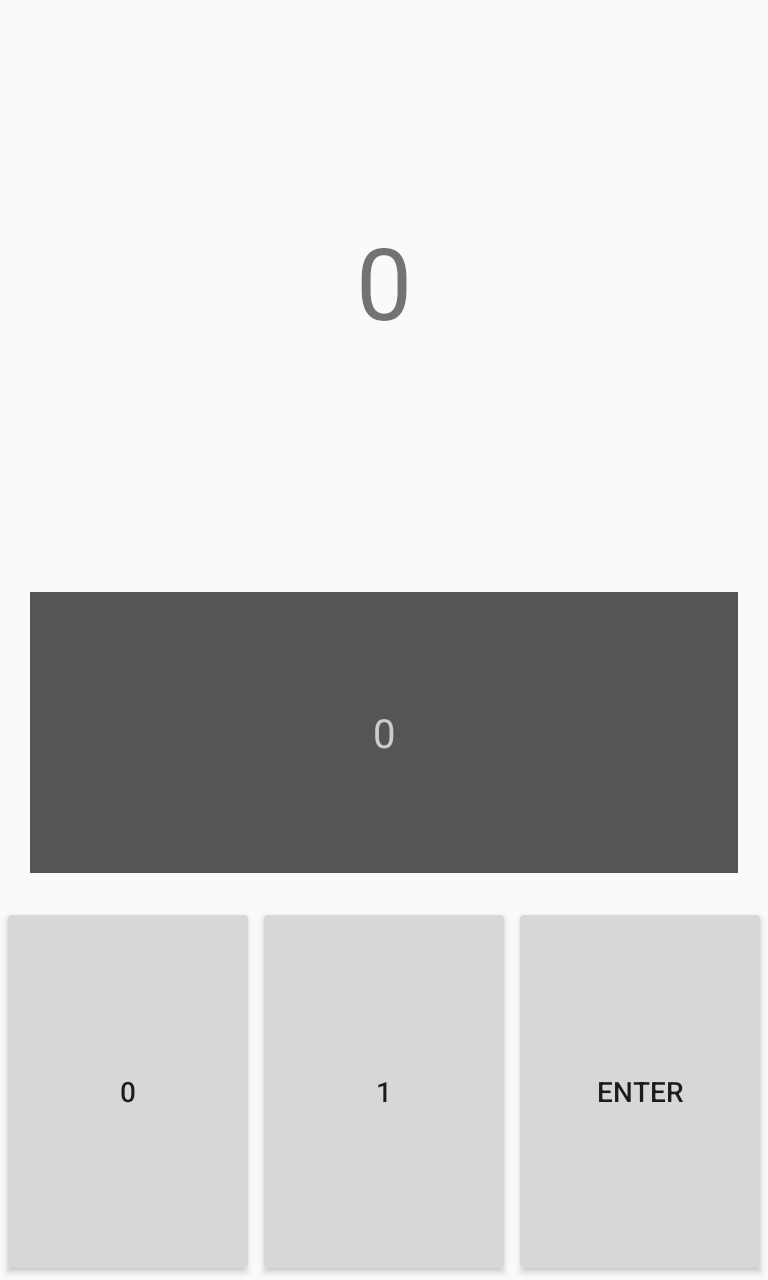
Repository: DaleJulian/Remote-Control
Layout: RemoteControl/res/layout/fragment_remote_control.xml
An editor plug-in stored every save of this project. The layout is shown before and after the next save, followed by the edit.
It is drawn on a 768 x 1280 px phone screen (xhdpi) without system bars, with theme AppTheme; the app's code is not run.

Above is the layout before, as saved 2015-06-02 07:21:27.

### RemoteControl/res/layout/fragment_remote_control.xml
<?xml version="1.0" encoding="utf-8"?>
<TableLayout xmlns:android="http://schemas.android.com/apk/res/android"
    android:id="@+id/fragment_remote_control_table_layout"
    android:layout_width="match_parent"
    android:layout_height="match_parent"
    android:stretchColumns="*" >

    <TextView
        android:id="@+id/fragment_remote_control_selectedTextView"
        android:layout_width="match_parent"
        android:layout_height="0dp"
        android:layout_weight="2"
        android:gravity="center"
        android:text="0"
        android:textSize="50dp" />

    <TextView
        android:id="@+id/fragment_remote_control_workingTextView"
		android:layout_width="match_parent"
		android:layout_height="0dp"
		android:layout_weight="1"
		android:layout_margin="15dp"
		android:background="#555555"
		android:gravity="center"
		android:text="0"
		android:textColor="#cccccc"
		android:textSize="20dp" />

    <TableRow android:layout_weight="1" >
		<Button
			android:id="@+id/fragment_remote_control_zeroButton"
			style="@style/RemoteButton"
			android:text="0" />
		<Button
			android:id="@+id/fragment_remote_control_oneButton"
			style="@style/RemoteButton"
			android:text="1" />
		<Button
			android:id="@+id/fragment_remote_control_enterButton"
			style="@style/RemoteButton"
			android:text="Enter" />
	</TableRow>
</TableLayout>

### RemoteControl/res/values/styles.xml
<resources>

    <!--
        Base application theme, dependent on API level. This theme is replaced
        by AppBaseTheme from res/values-vXX/styles.xml on newer devices.
    -->
    <style name="AppBaseTheme" parent="Theme.AppCompat.Light">
        <!--
            Theme customizations available in newer API levels can go in
            res/values-vXX/styles.xml, while customizations related to
            backward-compatibility can go here.
        -->
    </style>

    <!-- Application theme. -->
    <style name="AppTheme" parent="AppBaseTheme">
        <!-- All customizations that are NOT specific to a particular API-level can go here. -->
    </style>

    <style name="RemoteButton">
		<item name="android:layout_width">0dp</item>
		<item name="android:layout_height">match_parent</item>
	</style>


</resources>

### RemoteControl/res/layout/button_row.xml
<?xml version="1.0" encoding="utf-8"?>
	<TableRow xmlns:android="http://schemas.android.com/apk/res/android" >
	<Button style="@style/RemoteButton" />
	<Button style="@style/RemoteButton" />
	<Button style="@style/RemoteButton" />
</TableRow>

Loaded but not shown: RemoteControl/res/values-v11/styles.xml (common file); RemoteControl/res/values-v14/styles.xml (common file)

After the next save:
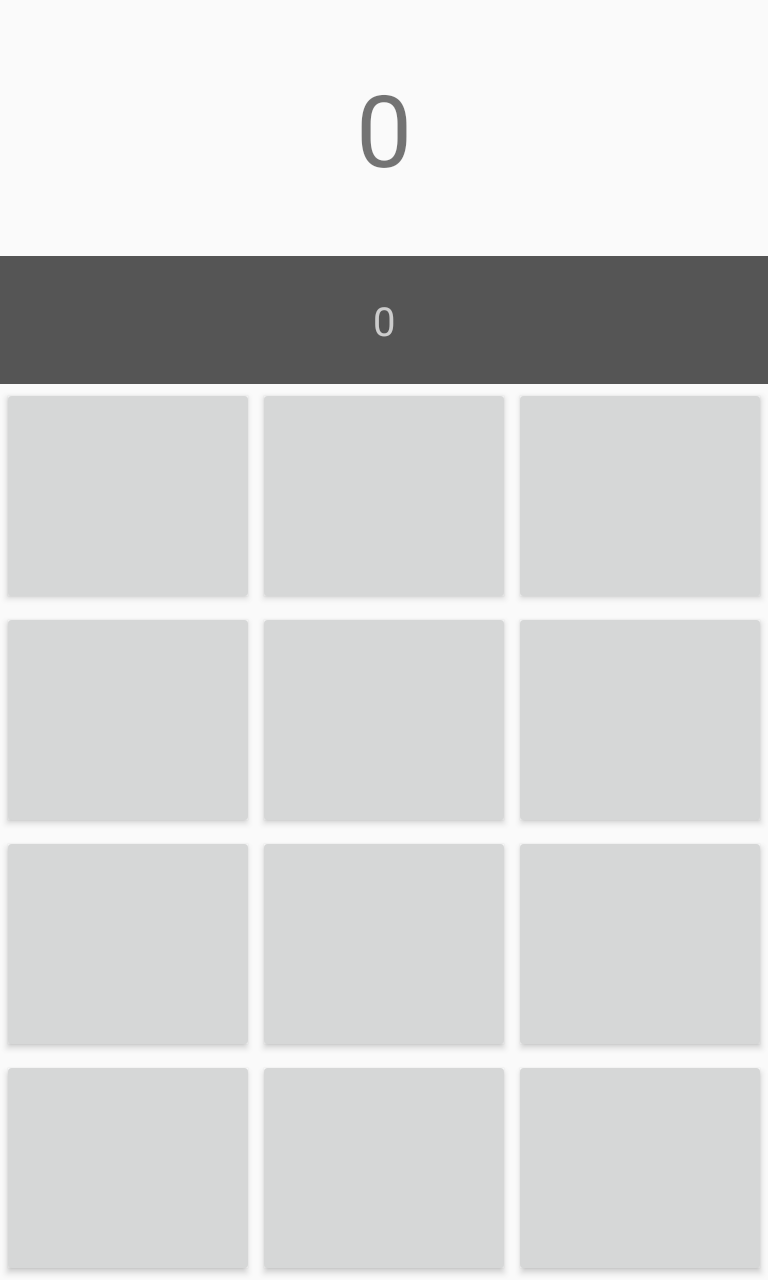
Saved 2 min 44 s later.
--- a/RemoteControl/res/layout/fragment_remote_control.xml
+++ b/RemoteControl/res/layout/fragment_remote_control.xml
@@ -1,43 +1,37 @@
-<?xml version="1.0" encoding="utf-8"?>
 <TableLayout xmlns:android="http://schemas.android.com/apk/res/android"
-    android:id="@+id/fragment_remote_control_table_layout"
+  xmlns:tools="http://schemas.android.com/tools"
+  android:id="@+id/fragment_remote_control_tableLayout"
+  android:layout_width="match_parent"
+  android:layout_height="match_parent"
+  android:stretchColumns="*" >
+  <TextView
+    android:id="@+id/fragment_remote_control_selectedTextView"
     android:layout_width="match_parent"
-    android:layout_height="match_parent"
-    android:stretchColumns="*" >
-
-    <TextView
-        android:id="@+id/fragment_remote_control_selectedTextView"
-        android:layout_width="match_parent"
-        android:layout_height="0dp"
-        android:layout_weight="2"
-        android:gravity="center"
-        android:text="0"
-        android:textSize="50dp" />
-
-    <TextView
-        android:id="@+id/fragment_remote_control_workingTextView"
-		android:layout_width="match_parent"
-		android:layout_height="0dp"
-		android:layout_weight="1"
-		android:layout_margin="15dp"
-		android:background="#555555"
-		android:gravity="center"
-		android:text="0"
-		android:textColor="#cccccc"
-		android:textSize="20dp" />
-
-    <TableRow android:layout_weight="1" >
-		<Button
-			android:id="@+id/fragment_remote_control_zeroButton"
-			style="@style/RemoteButton"
-			android:text="0" />
-		<Button
-			android:id="@+id/fragment_remote_control_oneButton"
-			style="@style/RemoteButton"
-			android:text="1" />
-		<Button
-			android:id="@+id/fragment_remote_control_enterButton"
-			style="@style/RemoteButton"
-			android:text="Enter" />
-	</TableRow>
+    android:layout_height="0dp"
+    android:layout_weight="2"
+    android:gravity="center"
+    android:text="0"
+    android:textSize="50dp" />
+  <TextView
+    android:id="@+id/fragment_remote_control_workingTextView"
+    android:layout_width="match_parent"
+    android:layout_height="0dp"
+    android:layout_weight="1"
+    android:background="#555555"
+    android:gravity="center"
+    android:text="0"
+    android:textColor="#cccccc"
+    android:textSize="20dp" />
+  <include
+    android:layout_weight="1"
+    layout="@layout/button_row" />
+  <include
+    android:layout_weight="1"
+    layout="@layout/button_row" />
+  <include
+    android:layout_weight="1"
+    layout="@layout/button_row" />
+  <include
+    android:layout_weight="1"
+    layout="@layout/button_row" />
 </TableLayout>

After the save that followed:
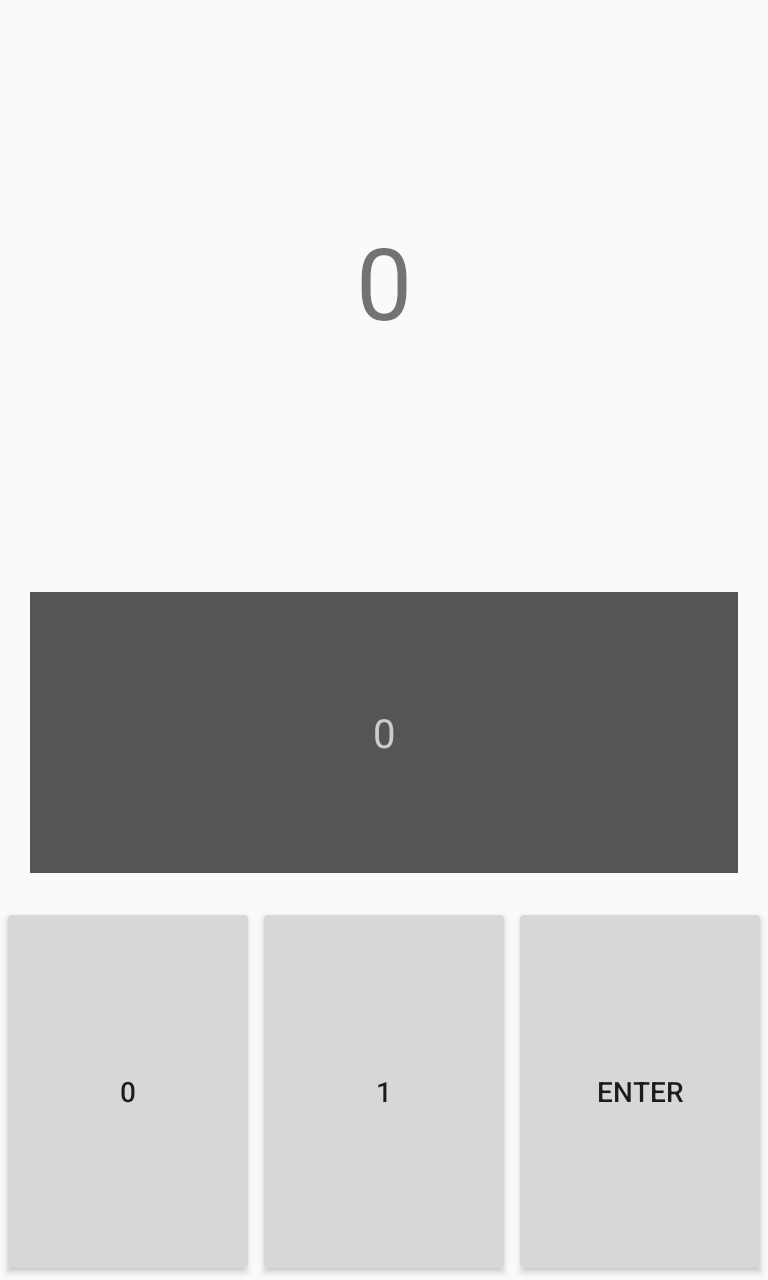
Saved 11 s later.
--- a/RemoteControl/res/layout/fragment_remote_control.xml
+++ b/RemoteControl/res/layout/fragment_remote_control.xml
@@ -1,37 +1,43 @@
+<?xml version="1.0" encoding="utf-8"?>
 <TableLayout xmlns:android="http://schemas.android.com/apk/res/android"
-  xmlns:tools="http://schemas.android.com/tools"
-  android:id="@+id/fragment_remote_control_tableLayout"
-  android:layout_width="match_parent"
-  android:layout_height="match_parent"
-  android:stretchColumns="*" >
-  <TextView
-    android:id="@+id/fragment_remote_control_selectedTextView"
+    android:id="@+id/fragment_remote_control_table_layout"
     android:layout_width="match_parent"
-    android:layout_height="0dp"
-    android:layout_weight="2"
-    android:gravity="center"
-    android:text="0"
-    android:textSize="50dp" />
-  <TextView
-    android:id="@+id/fragment_remote_control_workingTextView"
-    android:layout_width="match_parent"
-    android:layout_height="0dp"
-    android:layout_weight="1"
-    android:background="#555555"
-    android:gravity="center"
-    android:text="0"
-    android:textColor="#cccccc"
-    android:textSize="20dp" />
-  <include
-    android:layout_weight="1"
-    layout="@layout/button_row" />
-  <include
-    android:layout_weight="1"
-    layout="@layout/button_row" />
-  <include
-    android:layout_weight="1"
-    layout="@layout/button_row" />
-  <include
-    android:layout_weight="1"
-    layout="@layout/button_row" />
+    android:layout_height="match_parent"
+    android:stretchColumns="*" >
+
+    <TextView
+        android:id="@+id/fragment_remote_control_selectedTextView"
+        android:layout_width="match_parent"
+        android:layout_height="0dp"
+        android:layout_weight="2"
+        android:gravity="center"
+        android:text="0"
+        android:textSize="50dp" />
+
+    <TextView
+        android:id="@+id/fragment_remote_control_workingTextView"
+		android:layout_width="match_parent"
+		android:layout_height="0dp"
+		android:layout_weight="1"
+		android:layout_margin="15dp"
+		android:background="#555555"
+		android:gravity="center"
+		android:text="0"
+		android:textColor="#cccccc"
+		android:textSize="20dp" />
+
+    <TableRow android:layout_weight="1" >
+		<Button
+			android:id="@+id/fragment_remote_control_zeroButton"
+			style="@style/RemoteButton"
+			android:text="0" />
+		<Button
+			android:id="@+id/fragment_remote_control_oneButton"
+			style="@style/RemoteButton"
+			android:text="1" />
+		<Button
+			android:id="@+id/fragment_remote_control_enterButton"
+			style="@style/RemoteButton"
+			android:text="Enter" />
+	</TableRow>
 </TableLayout>
